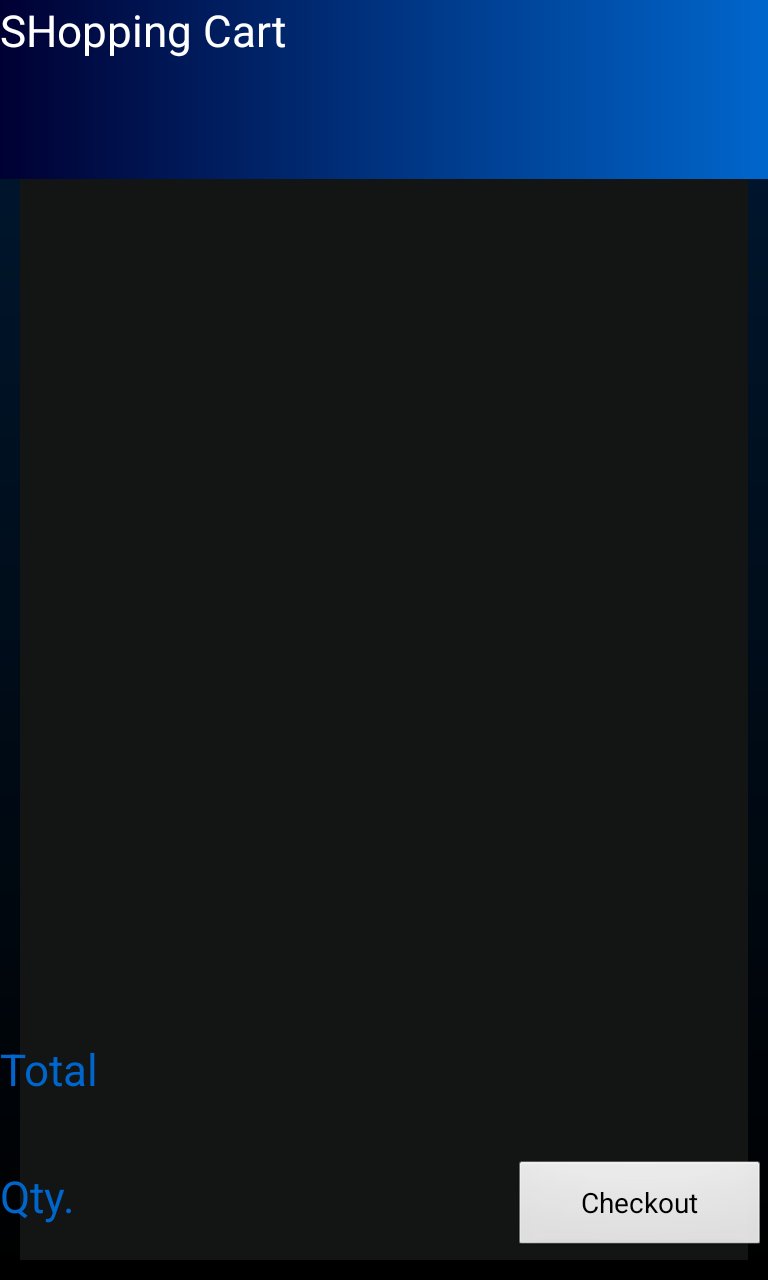
Repository: jasleen1291/B2BMobileApplication
Layout: Mobile E Commerce/B2B/res/layout/fragment_my_shopping_cart.xml
The author's editor kept a copy of each file at every save. The layout is drawn from the files as they stood at one save, then again after the next save.
It is drawn on a 768 x 1280 px phone screen (xhdpi) without system bars, with theme mycustomtheme; the app's code is not run. Lists and similar views that code fills are empty.

Above is the layout before, as saved 2013-05-28 21:46:54.

After the next save:
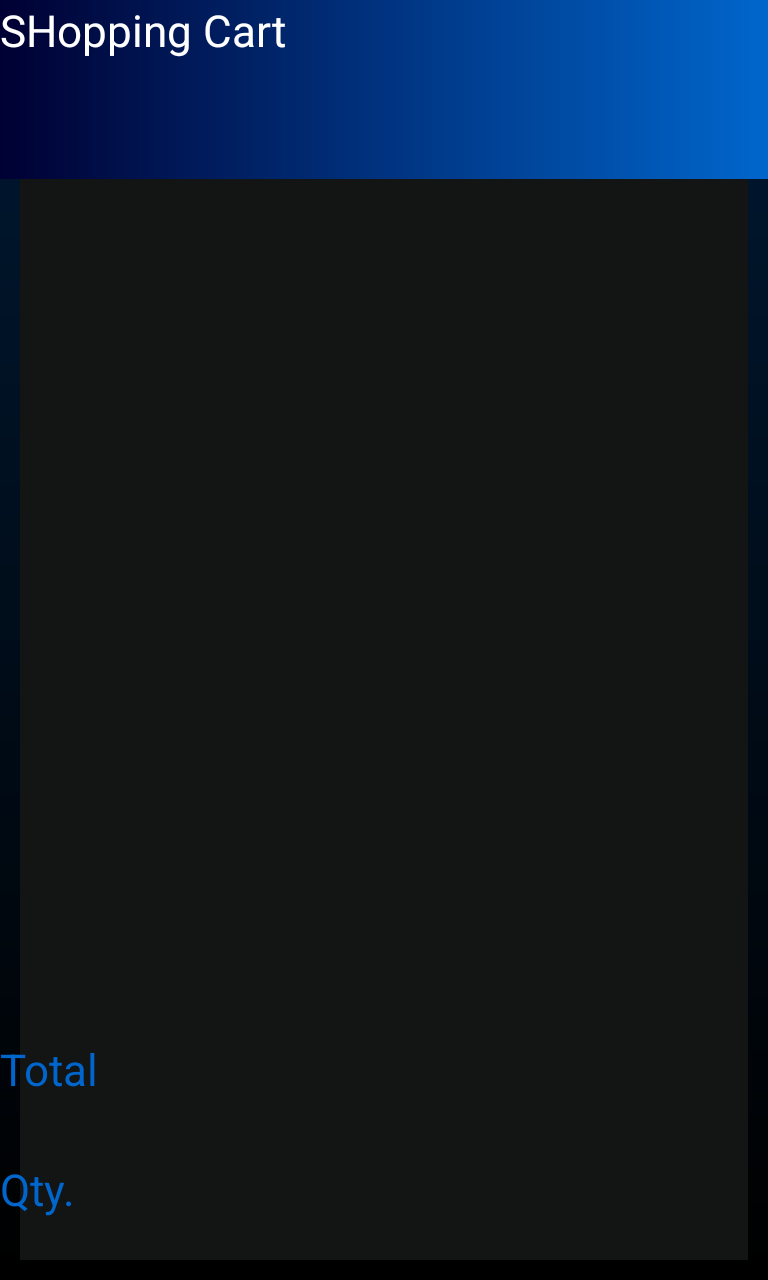
Saved 50 s later.
--- a/Mobile E Commerce/B2B/res/layout/fragment_my_shopping_cart.xml
+++ b/Mobile E Commerce/B2B/res/layout/fragment_my_shopping_cart.xml
@@ -55,18 +55,19 @@
          android:text="@string/qty"
          android:textAppearance="?android:attr/textAppearanceLarge" />
 
+
+
      <TextView
          android:id="@+id/qty"
          android:layout_width="0dp"
          android:layout_height="wrap_content"
          android:layout_weight="1" />
-
-     <Button
-         android:id="@+id/button1"
+      <RelativeLayout
+          android:id="@+id/rv"
          android:layout_width="0dp"
-         android:layout_height="wrap_content"
-         android:layout_weight="1"
-         android:text="@string/checkout" />
+         android:layout_height="match_parent"
+         android:layout_weight="1" >
+     </RelativeLayout>
  </LinearLayout>
 
 </LinearLayout>
